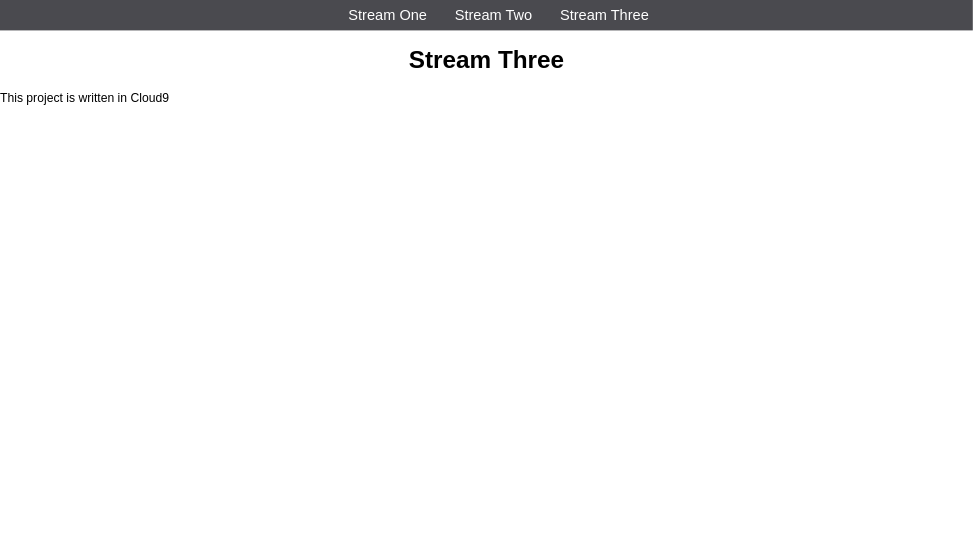
Repository: camiesco1/my-first-website
Page: stream-three.html
The author's editor kept a record of every edit. The page is drawn from the files as they stood at one moment, then again after the next edit.
The browser window is 1280 px wide. The pictures show the whole page, at 76% of full size.

Above is the page before.

After the next edit:
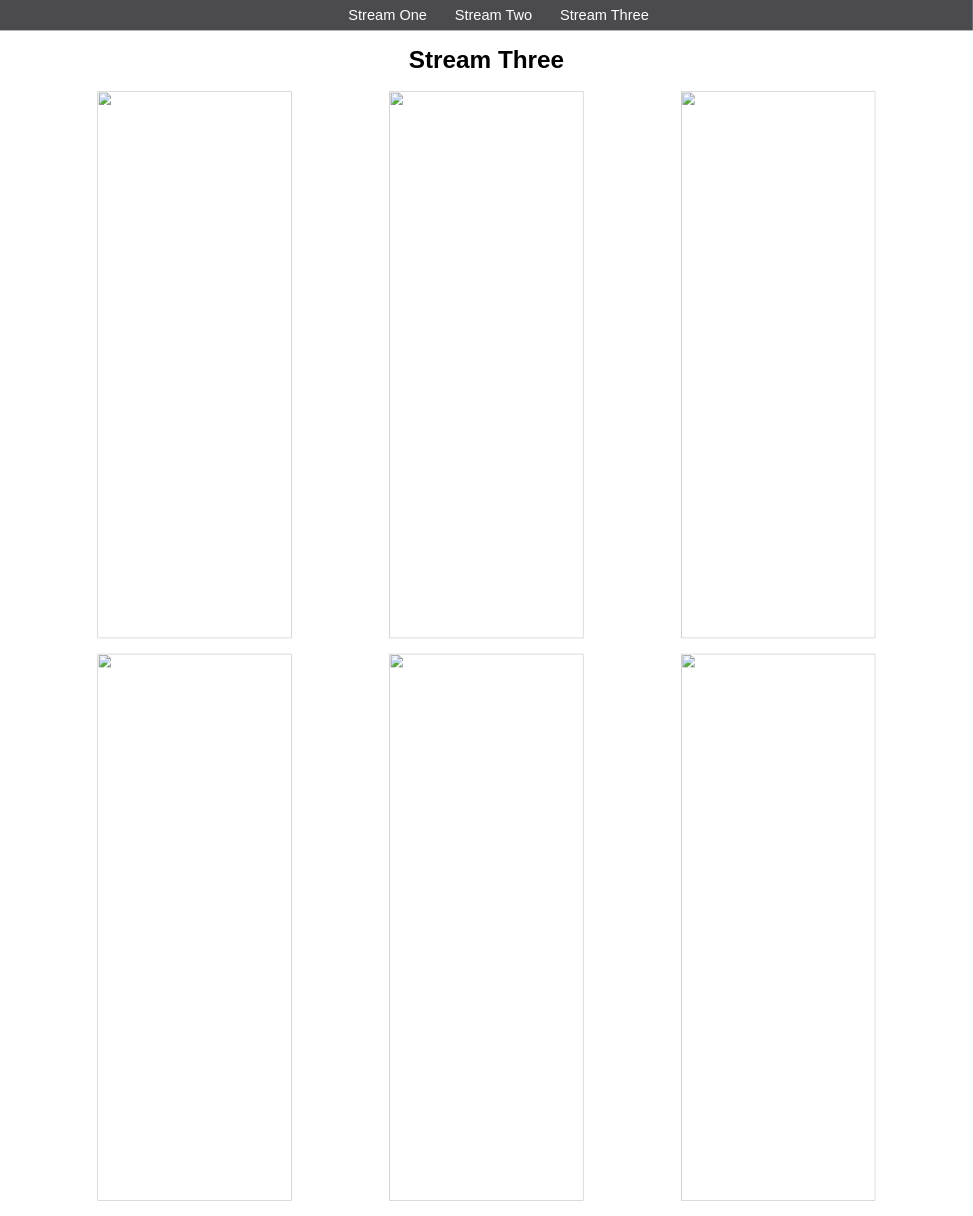
The edit:
--- a/stream-three.html
+++ b/stream-three.html
@@ -12,6 +12,41 @@
             </ul>
         </nav>
         <h1>Stream Three</h1>
-        <p>This project is written in Cloud9</p>
+        <div class="card">
+            <a hred="">
+                <img src="" />
+                <h2></h2>
+            </a>
+        </div>
+        <div class="card">
+            <a hred="">
+                <img src="" />
+                <h2></h2>
+            </a>
+        </div>
+        <div class="card">
+            <a hred="">
+                <img src="" />
+                <h2></h2>
+            </a>
+        </div>
+        <div class="card">
+            <a hred="">
+                <img src="" />
+                <h2></h2>
+            </a>
+        </div>
+        <div class="card">
+            <a hred="">
+                <img src="" />
+                <h2></h2>
+            </a>
+        </div>
+        <div class="card">
+            <a hred="">
+                <img src="" />
+                <h2></h2>
+            </a>
+        </div>
     </body>
 </html>
